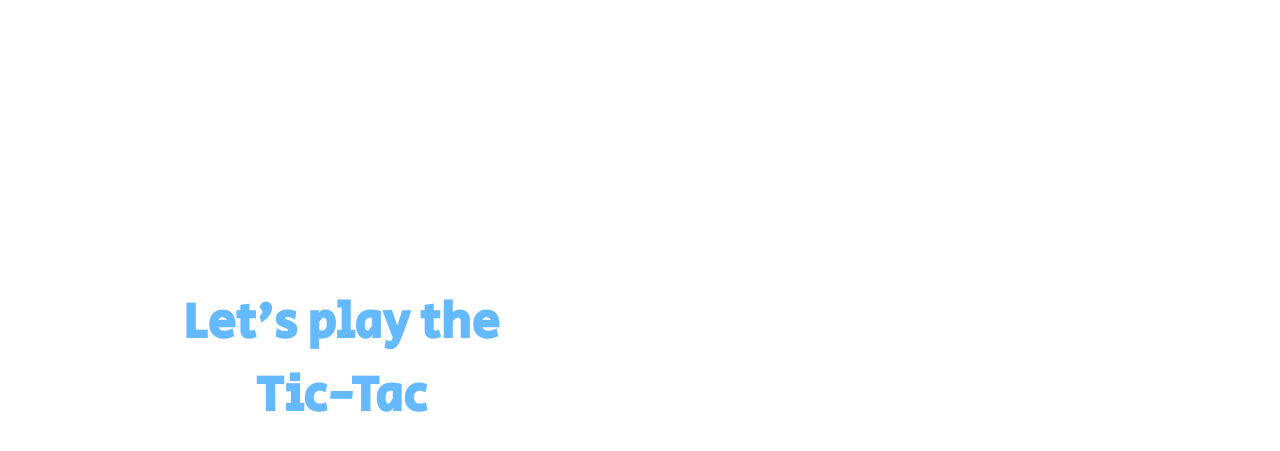
Repository: evergreenx/tic-tac
Page: /
The author's editor kept a copy of each file at every save. The page is drawn from the files as they stood at one save, then again after the next save.
The browser window is 1280 px wide. The pictures show the whole page.
The project was rebuilt for these pictures with package versions that can differ from the ones it lists, and the page was loaded fresh each time.

Above is the page before, as saved 2022-04-20 20:05:32.

### src/index.css
@import url('https://fonts.googleapis.com/css2?family=Anton&family=Secular+One&display=swap');



*{
    margin: 0;
    padding: 0;
    box-sizing: border-box;
}

body {

font-family: 'Secular One', sans-serif
}

.App {
  display: flex;
  flex-direction: row;
  align-items: center;
  justify-content: space-around;
  height: 100vh;
}
.heading {
  color:#008cff9a;
  font-size:50px;

}

@media (max-width: 768px) {
  .App {
    flex-direction: column;
  }
}

### src/App.js
import logo from "./logo.svg";
import "./App.css";
import Board from "./components/Board/Index";

function App() {
  return (
    <div className="App">
      <h1 className="heading">
        Let's play the <br /> Tic-Tac
      </h1>

      <Board />
    </div>
  );
}

export default App;

### src/components/Board/Index.js
import React from "react";
import "./Board.scss";
import { useState } from "react";
function Index() {
  const [board, setBoard] = useState([
    [0, 0, 0],
    [0, 0, 0],
    [0, 0, 0],
  ]);
    return <div className="board">

        {

        }



  </div>
}

export default Index;

### src/components/Board/Board.scss
.board {
  display: grid;
  grid-template-columns: repeat(3, 4rem);
  grid-gap: 20px;

  button {
    font-size: 2em;
    font-weight: 800;
    padding: 10px;
    border: none;
    cursor: pointer;
    outline: none;
    box-shadow: 0 0 8px #888;
    background: #fff;
    border-radius: 10px;

    &:hover {
      box-shadow: 0px 0px 10px #f5f5f5;
    }
  }
}

Loaded but not shown: public/index.html (common file); src/index.js (common file); src/reportWebVitals.js (common file); src/App.css (common file)

After the next save:
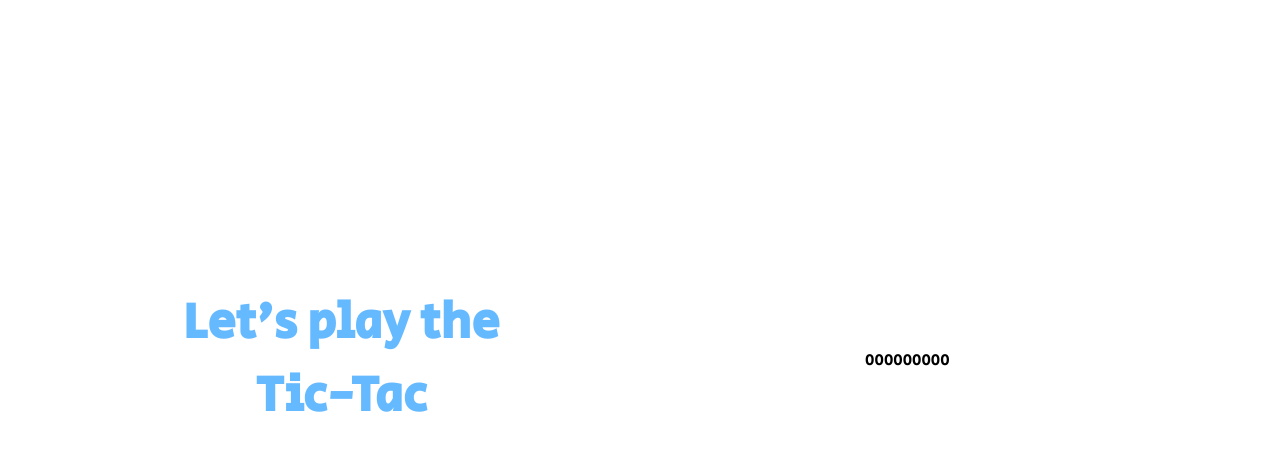
Saved 8 s later.
--- a/src/components/Board/Index.js
+++ b/src/components/Board/Index.js
@@ -7,15 +7,7 @@
     [0, 0, 0],
     [0, 0, 0],
   ]);
-    return <div className="board">
-
-        {
-
-        }
-
-
-
-  </div>
+    return <div className="board">{board}</div>;
 }
 
 export default Index;

After the 6 saves that followed:
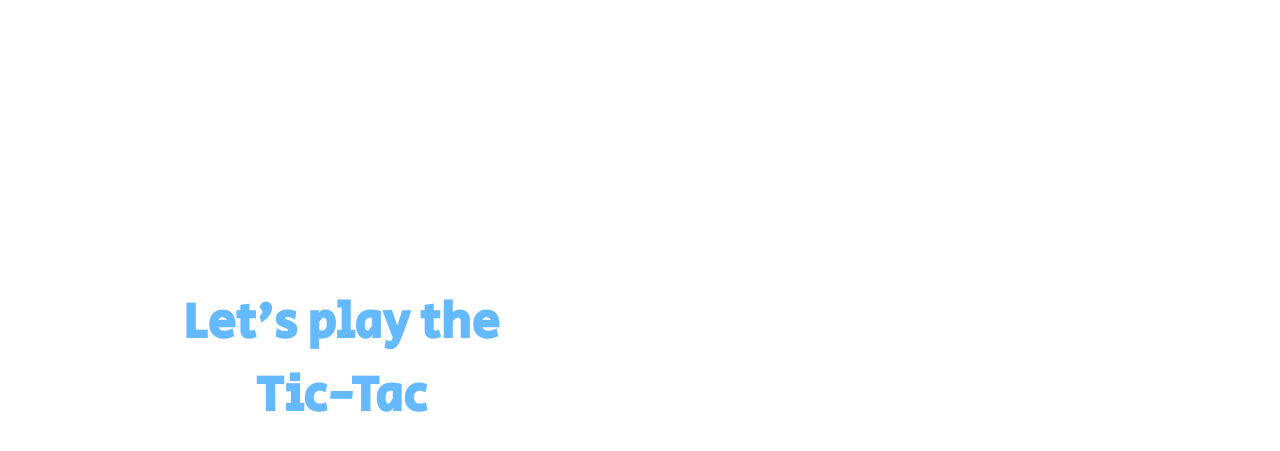
The 6 saves are shown as one change because 2 did not build or start and some came seconds apart.
The last was saved 29 s later.
--- a/src/components/Board/Index.js
+++ b/src/components/Board/Index.js
@@ -2,10 +2,10 @@
 import "./Board.scss";
 import { useState } from "react";
 function Index() {
+
+    const value  = useState(null);
   const [board, setBoard] = useState([
-    [0, 0, 0],
-    [0, 0, 0],
-    [0, 0, 0],
+    ,
   ]);
     return <div className="board">{board}</div>;
 }
